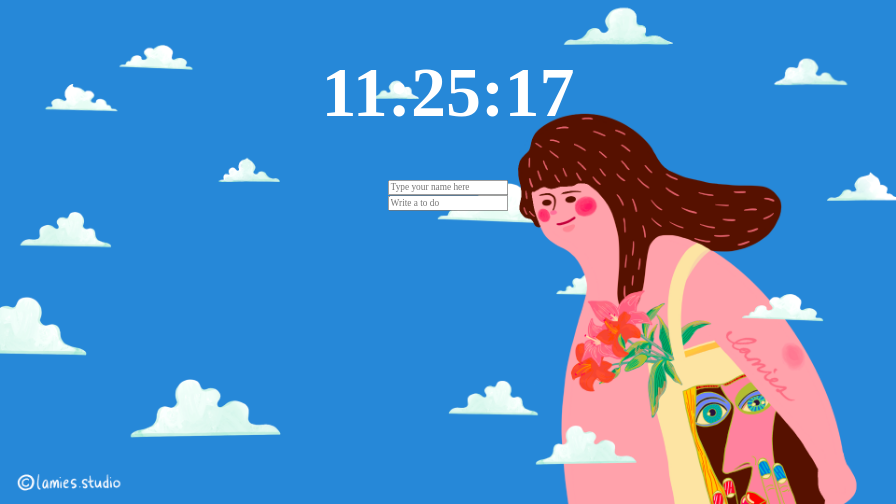
Repository: haleyjung/chrome_app
Page: index.html
An editor plug-in stored every save of this project. The page is shown before and after the next save, followed by the edit.
The browser window is 1280 px wide. The pictures show the whole page, at 70% of full size.
Some web fonts or font styles are not loaded; a fallback is used.

Above is the page before, as saved 2020-11-23 15:21:47.

After the next save:
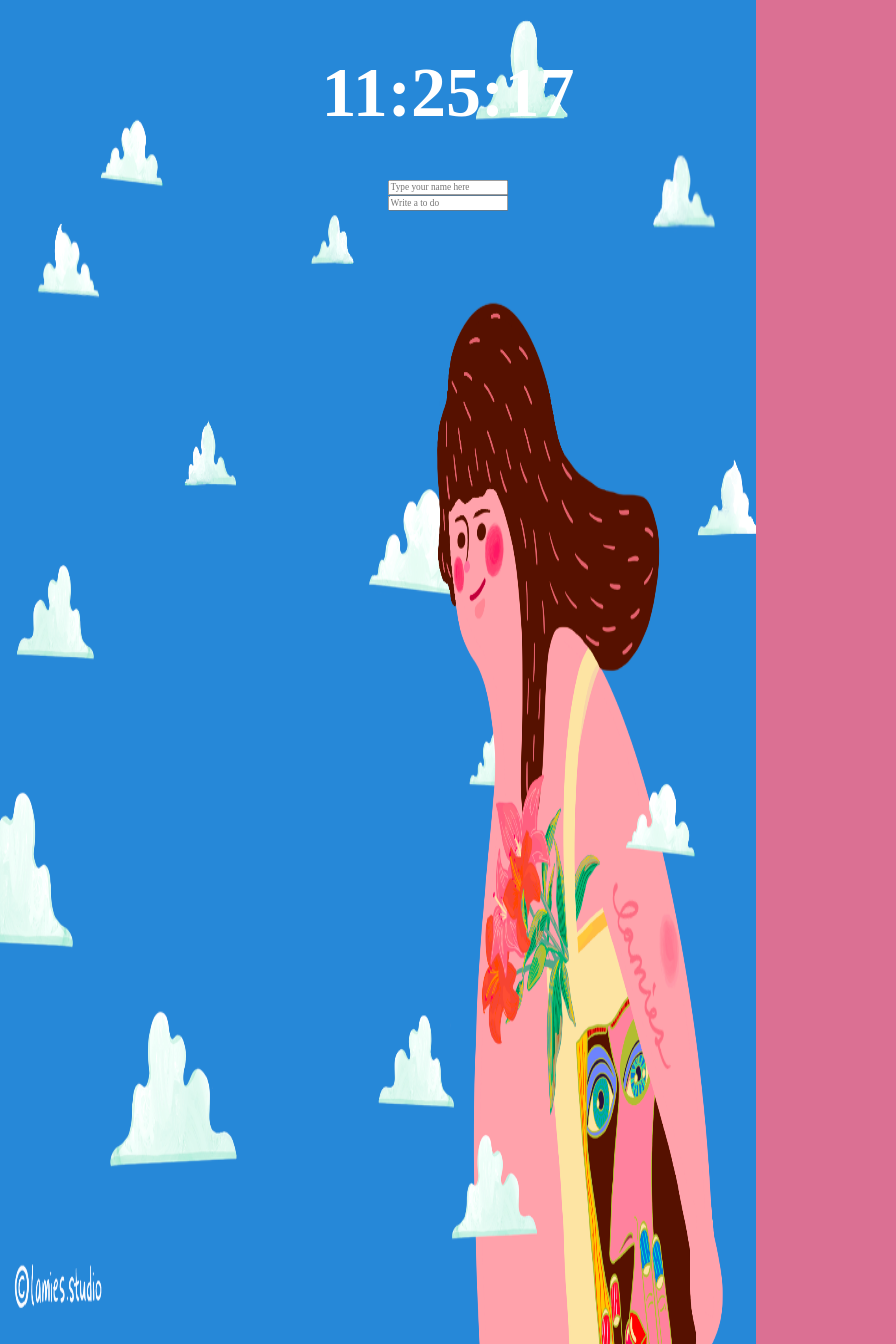
Saved 40 s later.
--- a/index.css
+++ b/index.css
@@ -55,8 +55,8 @@
   position: absolute;
   top: 0;
   left: 0;
-  width: 100%;
-  height: 100%;
+  width: 1080px;
+  height: 1920px;
   z-index: -1;
   animation: fadeIn 0.5s linear;
 }

After the save that followed:
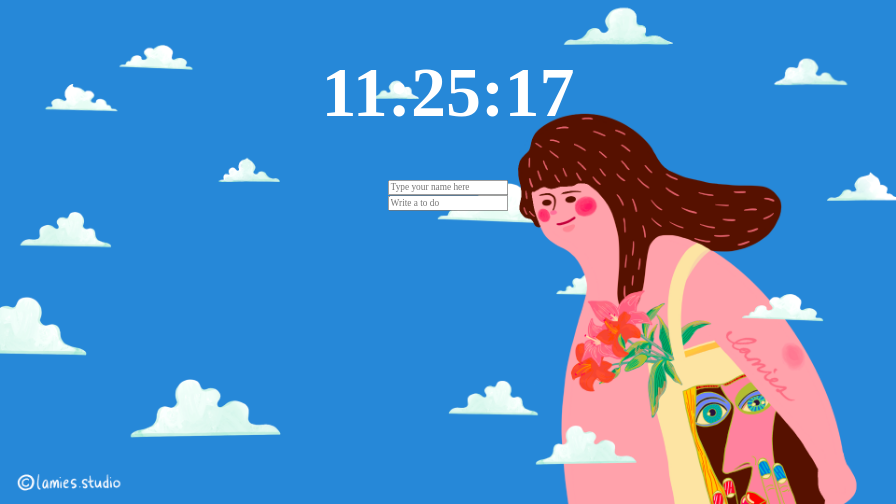
Saved 12 s later.
--- a/index.css
+++ b/index.css
@@ -55,8 +55,8 @@
   position: absolute;
   top: 0;
   left: 0;
-  width: 1080px;
-  height: 1920px;
+  width: 100%;
+  height: 100%;
   z-index: -1;
   animation: fadeIn 0.5s linear;
 }
